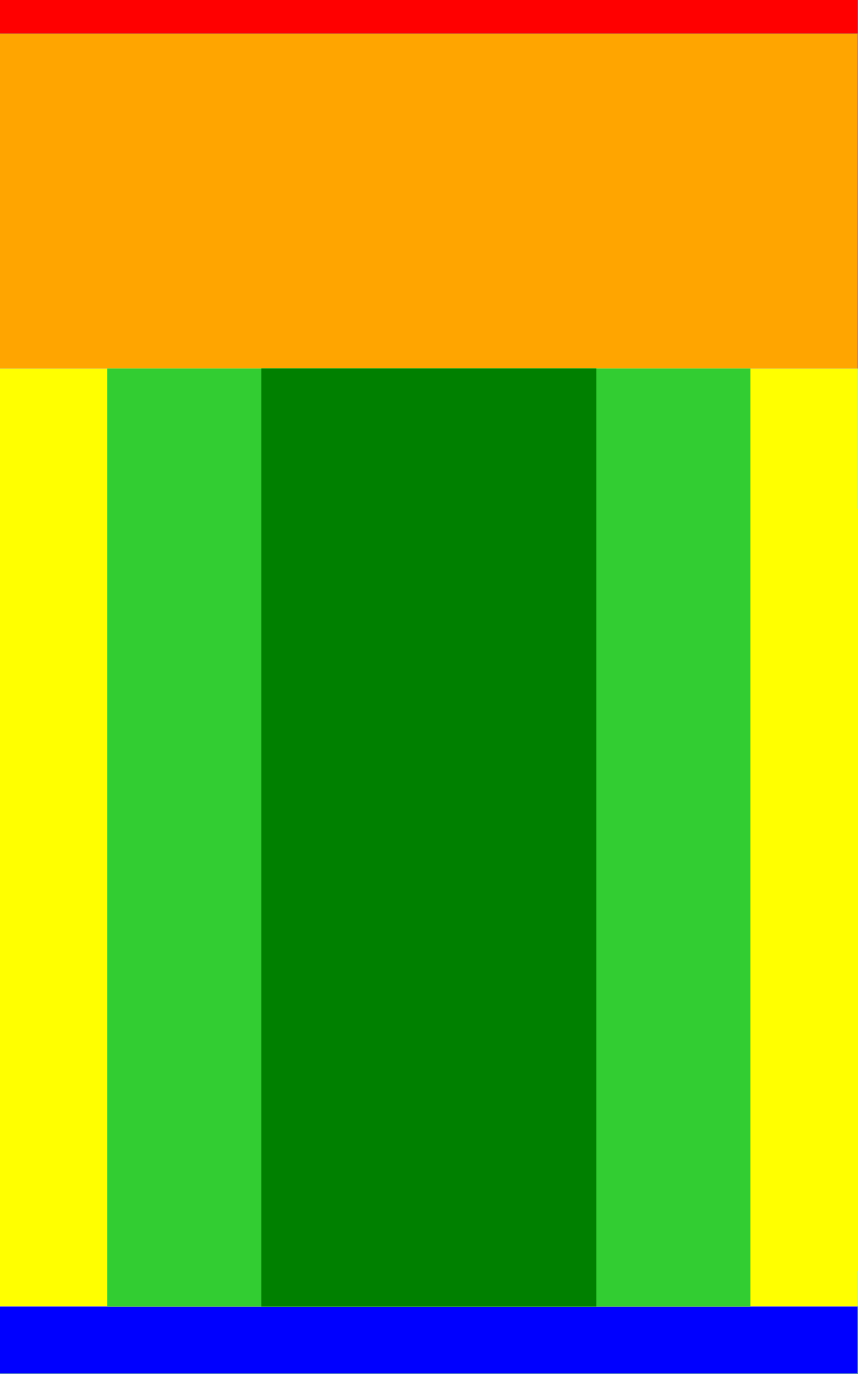
Repository: shizuki-okuma/dmm-webcamp
Page: chapter4_exercise/chapter4_exercise.html
The author's editor kept a record of every edit. The page is drawn from the files as they stood at one moment, then again after the next edit.
The browser window is 1280 px wide. The pictures show the whole page, at 67% of full size.

Above is the page before.

After the next edit:
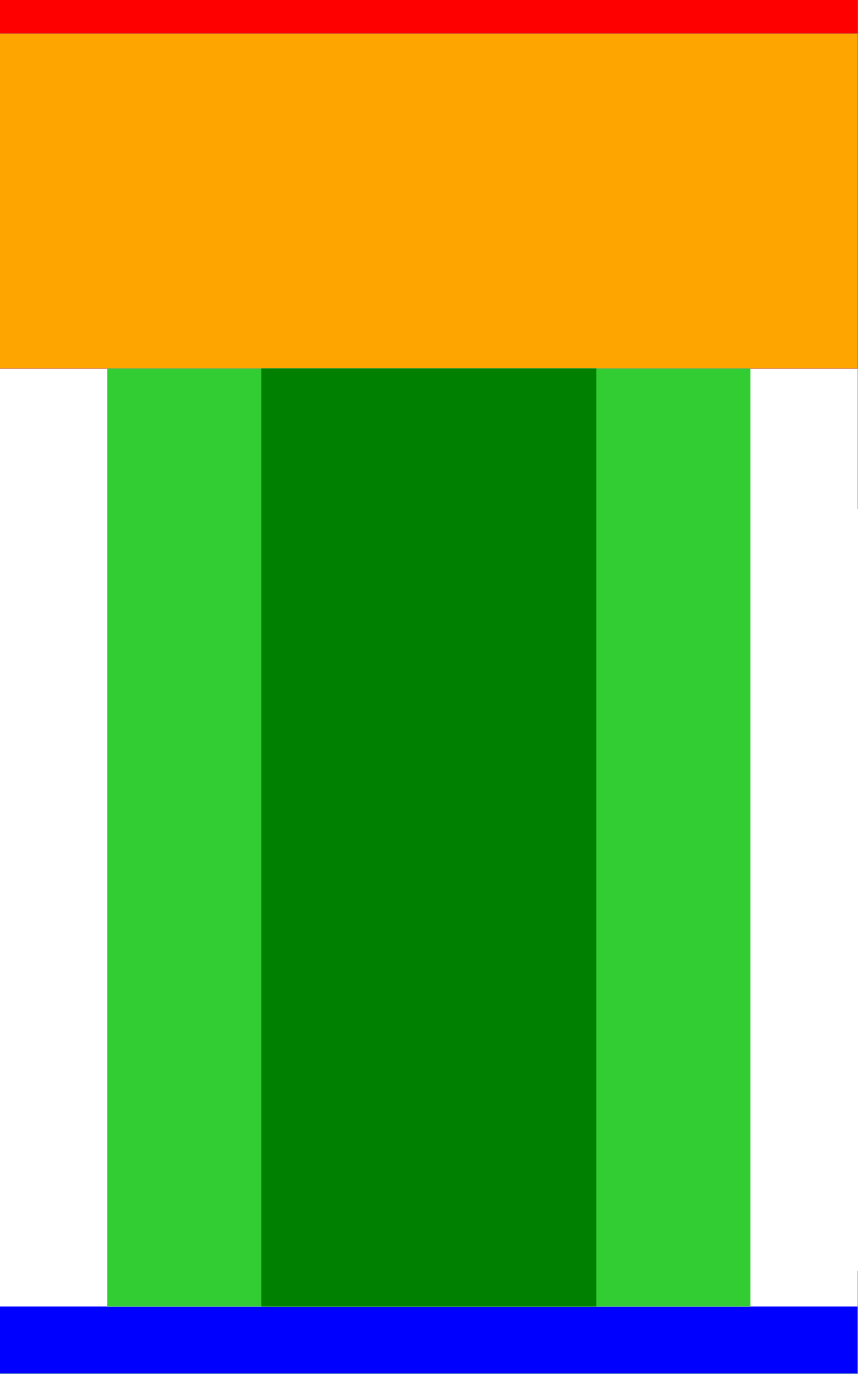
The edit:
--- a/chapter4_exercise/style3.css
+++ b/chapter4_exercise/style3.css
@@ -22,8 +22,6 @@
 
 .main {
   width: 100%;
-  height: 1400px;
-  background-color: yellow;
   display: flex;
   justify-content: center;
   margin: 0auto;
